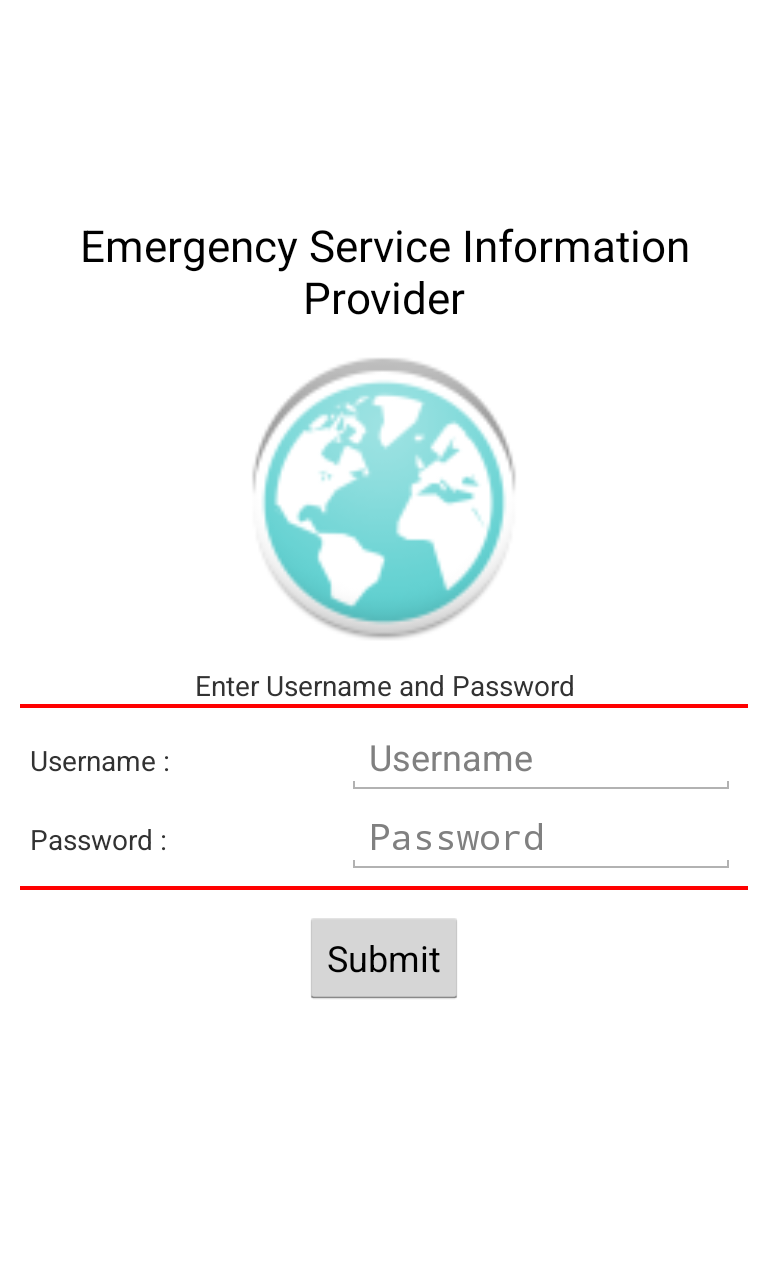
Repository: mansee8/Emergency-Service-Information-Provider
Layout: Emergency Service Information Provider/ESIP/ESIP/res/layout/home.xml
These files come from the project's save history. The layout is drawn as it stood at one moment and after the next save; the edit follows.
It is drawn on a 768 x 1280 px phone screen (xhdpi) without system bars, with theme AppTheme; the app's code is not run.

Above is the layout before, as saved 2014-02-28 08:20:13.

### Emergency Service Information Provider/ESIP/ESIP/res/layout/home.xml
<?xml version="1.0" encoding="utf-8"?>
<LinearLayout xmlns:android="http://schemas.android.com/apk/res/android"
    android:layout_width="fill_parent"
    android:layout_height="fill_parent"
    android:orientation="vertical"
    android:padding="5dp" >

    <LinearLayout
        android:layout_width="fill_parent"
        android:layout_height="fill_parent"
        android:gravity="center"
        android:orientation="vertical"
        android:padding="5dp" >

        <TextView
            android:id="@+id/textView1"
            android:layout_width="fill_parent"
            android:layout_height="wrap_content"
            android:gravity="center"
            android:text="Emergency Service Information Provider"
            android:textAppearance="?android:attr/textAppearanceLarge" />

        <ImageView
            android:id="@+id/imageView1"
            android:layout_width="150dp"
            android:layout_height="150dp"
            android:layout_margin="10dp"
            android:src="@drawable/ic_launcher" />

        <TextView
            android:layout_width="fill_parent"
            android:layout_height="wrap_content"
            android:gravity="center"
            android:text="Enter Username and Password" />

        <View
            android:layout_width="fill_parent"
            android:layout_height="2dp"
            android:background="#ff0000" />

        <TableLayout
            android:layout_width="fill_parent"
            android:layout_height="wrap_content"
            android:padding="5dp"
            android:stretchColumns="*" >

            <TableRow>

                <TextView
                    android:layout_width="wrap_content"
                    android:layout_height="wrap_content"
                    android:text="Username : " />

                <EditText
                    android:id="@+id/usernameEditText"
                    android:layout_width="wrap_content"
                    android:layout_height="wrap_content"
                    android:hint="Username" />
            </TableRow>

            <TableRow>

                <TextView
                    android:layout_width="wrap_content"
                    android:layout_height="wrap_content"
                    android:text="Password : " />

                <EditText
                    android:id="@+id/passwordEditText"
                    android:layout_width="wrap_content"
                    android:layout_height="wrap_content"
                    android:hint="Password"
                    android:inputType="textPassword" />
            </TableRow>
        </TableLayout>

        <View
            android:layout_width="fill_parent"
            android:layout_height="2dp"
            android:background="#ff0000" />

        <Button
            android:id="@+id/submitButton"
            android:layout_width="wrap_content"
            android:layout_height="wrap_content"
            android:layout_margin="10dp"
            android:text="Submit" />

        <TextView
            android:id="@+id/resultView"
            android:layout_width="wrap_content"
            android:layout_height="wrap_content" />
    </LinearLayout>

</LinearLayout>

Loaded but not shown: Emergency Service Information Provider/ESIP/ESIP/res/values/styles.xml (common file); Emergency Service Information Provider/ESIP/ESIP/res/values-v11/styles.xml (common file); Emergency Service Information Provider/ESIP/ESIP/res/values-v14/styles.xml (common file)

After the next save:
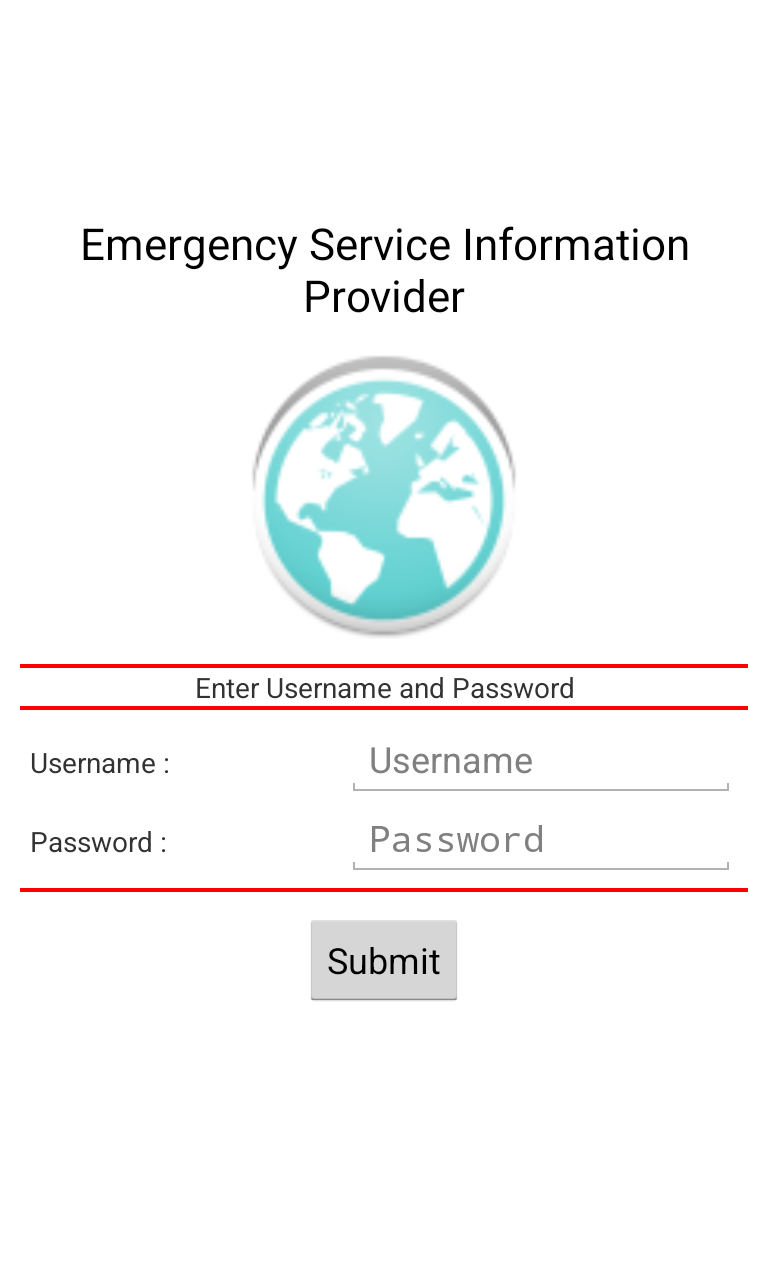
Saved 23 s later.
--- a/Emergency Service Information Provider/ESIP/ESIP/res/layout/home.xml
+++ b/Emergency Service Information Provider/ESIP/ESIP/res/layout/home.xml
@@ -26,6 +26,11 @@
             android:layout_height="150dp"
             android:layout_margin="10dp"
             android:src="@drawable/ic_launcher" />
+
+        <View
+            android:layout_width="fill_parent"
+            android:layout_height="2dp"
+            android:background="#ff0000" />
 
         <TextView
             android:layout_width="fill_parent"

After the save that followed:
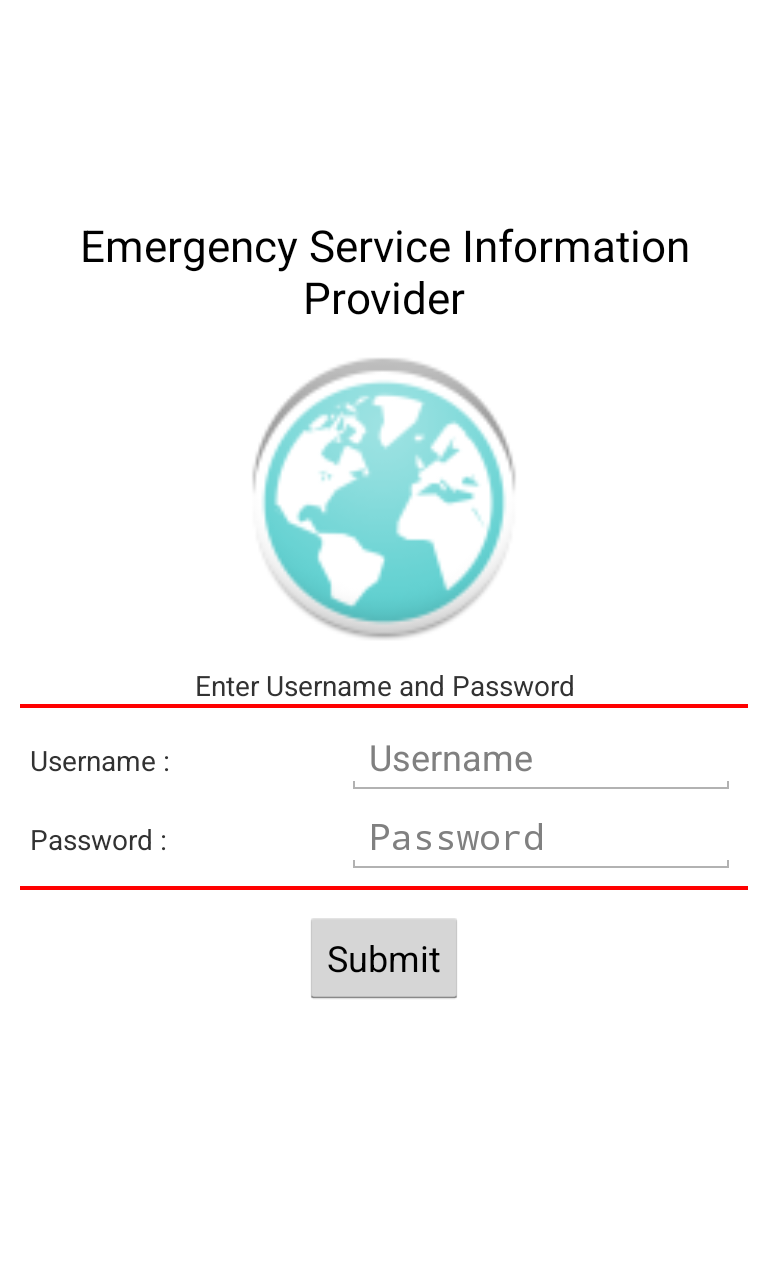
Saved 13 s later.
--- a/Emergency Service Information Provider/ESIP/ESIP/res/layout/home.xml
+++ b/Emergency Service Information Provider/ESIP/ESIP/res/layout/home.xml
@@ -26,11 +26,6 @@
             android:layout_height="150dp"
             android:layout_margin="10dp"
             android:src="@drawable/ic_launcher" />
-
-        <View
-            android:layout_width="fill_parent"
-            android:layout_height="2dp"
-            android:background="#ff0000" />
 
         <TextView
             android:layout_width="fill_parent"
